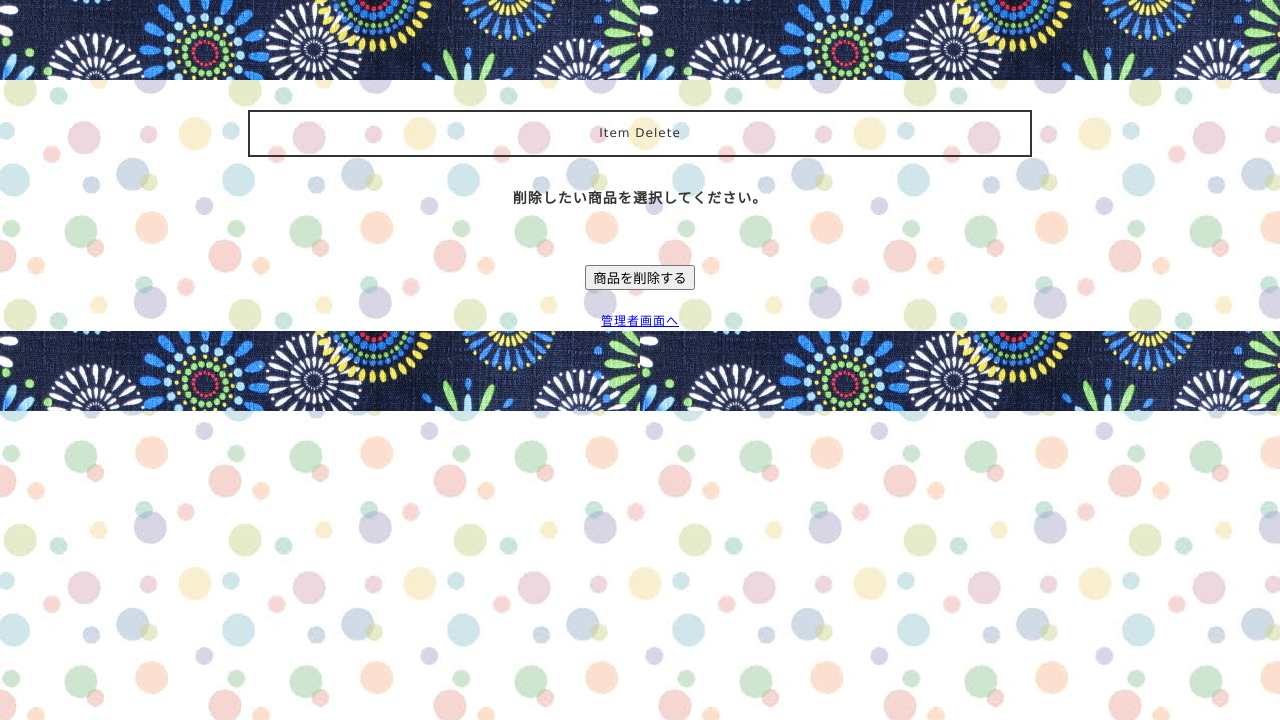
Repository: rt-1217/j2
Page: http://localhost/ecsite01/itemDelete.jsp
An editor plug-in stored every save of this project. The page is shown before and after the next save, followed by the edit.
The browser window is 1280 px wide. The pictures show the whole page.
Some web fonts or font styles are not loaded; a fallback is used. The page is served by Tomcat 9. Other server files are loaded and not shown.

Above is the page before, as saved 2018-05-30 02:22:21.

### ecsite01/WebContent/itemDelete.jsp
<%@ page language="java" contentType="text/html; charset=UTF-8"
    pageEncoding="UTF-8"%>
    <%@ taglib prefix="s" uri="/struts-tags" %>
<!DOCTYPE html >
<html>
<head>
<meta http-equiv="Content-Type" content="text/html; charset=UTF-8">
<meta http-equiv="Content-Script-Type" content="text/javascript" />
<meta http-equiv="imagetoolbar" content="no" />
<meta name="description" content="" />
<meta name="keywords" content="" />

<!-- CSSの読み込み -->
	<link rel="stylesheet" type="text/css" href="./css/basis.css">
<!-- <link rel="stylesheet" type="text/css" href="./css/table.css"> -->

<title>Item Delete画面</title>
</head>
<body>

<div id ="header">
<div id="pr">
</div></div>
<div id="main">
<div id="top">
<p>Item Delete</p>
</div>

<h3>削除したい商品を選択してください。</h3>
<table>
<s:form action="ItemDeleteAction">

<s:iterator value="buyItemDTOList">
<dl class ="dl-list">
<dd class="dd-list">

<img class="image" style="width:230px; height:150px;" src="<s:property value='image_file_path'/>" >

<br>
<br>


<s:property value="itemName" /><br>

<span>値段：</span>
<s:property value="itemPrice" /><span>円</span><br>
<span>在庫：</span>
<s:property value="item_stock"/><span>個</span><br>



<input class="check-box" type="checkbox" name="deleteName" value="<s:property value='itemName'/>">
<br>

</dd></dl>

</s:iterator>



<br><br>
<div class="clear"></div>

<!-- <div id="button"> -->

<s:submit class="button" value="商品を削除する"/>

<!-- </div> -->

</s:form>
</table>
<br>
<div>

<a href='<s:url action="HomeAction"/>'>管理者画面へ</a><br>



</div>



</div>
<div id="footer">
		<div id="pr">
		</div>
	</div>

</body>
</html>

### ecsite01/WebContent/css/basis.css
@CHARSET "UTF-8";

/* ========TAG LAYOUT======== */
body {
margin:0;
padding:0;
line-height:1.6;
letter-spacing:1px;
font-family:Verdana, Helvetica, sans-serif;
font-size:12px;
color:#333;
background:#fff;
background-image:url("../image/tama.jpg");
background-attachment: fixed;
/* background-size:contain; */
/* background-repeat: no-repeat; */


}
table {
text-align:center;
margin:0 auto;
}


/* ========ID LAYOUT======== */
#top {
width:780px;
margin:30px auto;
border:2px solid #333;
}
#header {
width: 100%;
height: 80px;
/* background-color: black; */
background-image:url("../image/hanabi2.jpg");

}
#main {
width: 100%;
height: 100%;
text-align: center;
}
#footer {
width: 100%;
height: 80px;
background-color: black;
clear:both;
background-image:url("../image/hanabi2.jpg");
}


.red{
	color:red;
}
/*floatの解除*/
.clear{
	clear:both;
}

### ecsite01/WebContent/header.jsp
<%@ page language="java" contentType="text/html; charset=UTF-8"
    pageEncoding="UTF-8"%>
        <%@ taglib prefix="s" uri="/struts-tags" %>
<!DOCTYPE html PUBLIC "-//W3C//DTD HTML 4.01 Transitional//EN" "http://www.w3.org/TR/html4/loose.dtd">
<html>
<head>
<meta http-equiv="Content-Type" content="text/html; charset=UTF-8">
<meta http-equiv="Content-Style-Type" content="text/css" />
<meta http-equiv="Content-Script-Type" content="text/javascript" />
<meta http-equiv="imagetoolbar" content="no" />
<meta name="description" content="" />
<meta name="keywords" content="" />
<!-- CSSの読み込み -->
<link rel="stylesheet" type="text/css" href="./css/basis.css">
<link rel="stylesheet" type="text/css" href="./css/table.css">
<style>
@import url('https://fonts.googleapis.com/css?family=Press+Start+2P');
</style>
<link href="https://fonts.googleapis.com/css?family=Mystery+Quest" rel="stylesheet">


<title>Header</title>
</head>
<body>


<div id="header">
<div class="header-logo">O N L I N E   S H O P </div>

<div class="top-menu">

<div class="left-list">
<ul class="top-li">
<li><a href='<s:url action="GoHomeAction"/>'>TOP</a></li>
<li><a href='<s:url action="ProductPageAction"/>'>PRODUCT</a></li>
<li><a href='<s:url action="UserCreateAction"/>'>SIGNUP</a></li>
</ul>
</div>

<div class="right-list">
<ul>
<li><a href='<s:url action="GoLoginAction"/>'>LOGIN</a></li>
<li><a href='<s:url action="MyPageAction"/>'>MYPAGE</a></li>
<li><a href='<s:url action="LogoutAction"/>'>LOGOUT</a></li>
<li><a href='<s:url action="InquiryAction"/>'>MAIL</a></li>
</ul>

</div>




</div>

</div>
</body>
</html>

### ecsite01/WebContent/css/table.css
@CHARSET "UTF-8";

.item-table{
	text-align:center;

}


.dl-list{
	margin:0px;
	padding:0px;
	width:100%;
}

.dd-list{
	width:31%;
	display:inline-block;

	background-color: rgba(226, 255, 225, 0.2);
 	font-size: 12px;
 	float:left;
	margin:0;
	padding:15px 0px;
	margin-left:2%;
	margin-bottom:20px;
}
.dd-list:last-child {
	margin-right: 0;
}

.button{
	margin:0 auto;
	text-align:center;
	width:100px;
	height:100px;
	 position: relative;
    display: inline-block;
    padding: 0.25em 0.5em;
    text-decoration: none;
    color: #FFF;
    background: #fd9535;/*色*/
    border-radius: 4px;/*角の丸み*/
    box-shadow: inset 0 2px 0 rgba(255,255,255,0.2), inset 0 -2px 0 rgba(0, 0, 0, 0.05);
    font-weight: bold;
    border: solid 2px #d27d00;/*線色*/

}

After the next save:
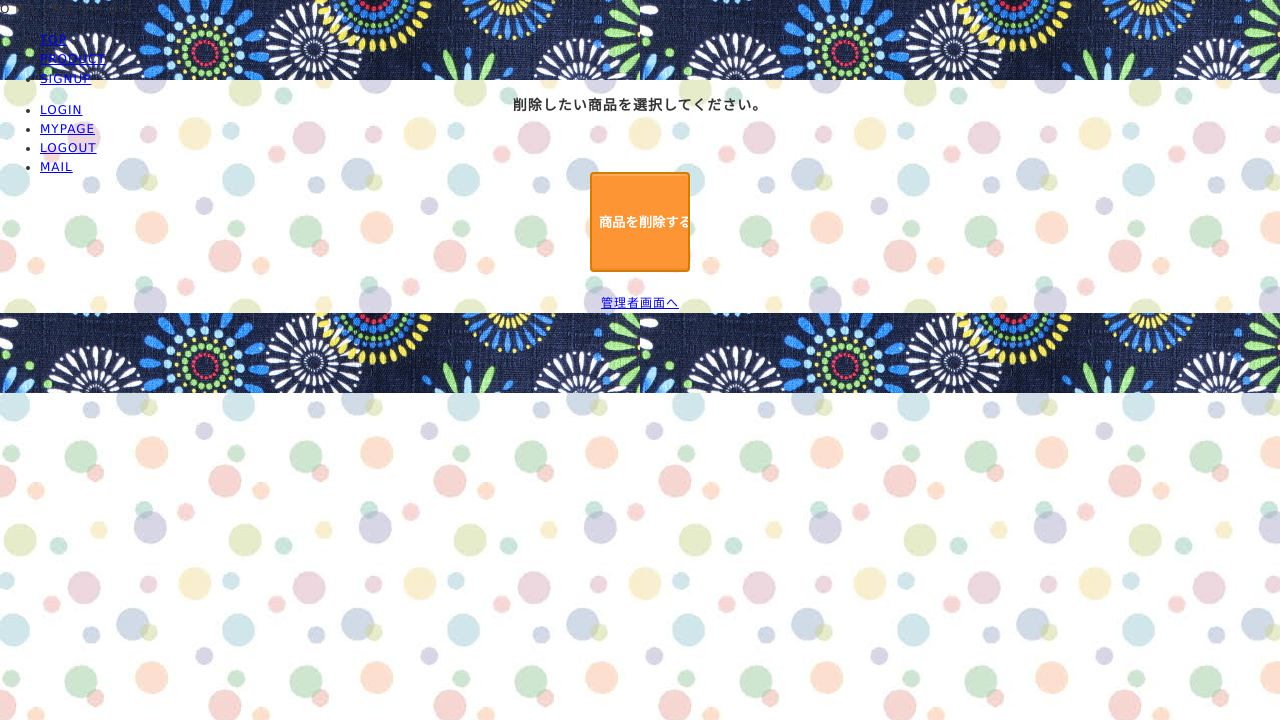
Saved 16 s later.
--- a/ecsite01/WebContent/itemDelete.jsp
+++ b/ecsite01/WebContent/itemDelete.jsp
@@ -17,14 +17,9 @@
 <title>Item Delete画面</title>
 </head>
 <body>
+<s:include value="header.jsp"/>
+<div id="main">
 
-<div id ="header">
-<div id="pr">
-</div></div>
-<div id="main">
-<div id="top">
-<p>Item Delete</p>
-</div>
 
 <h3>削除したい商品を選択してください。</h3>
 <table>
